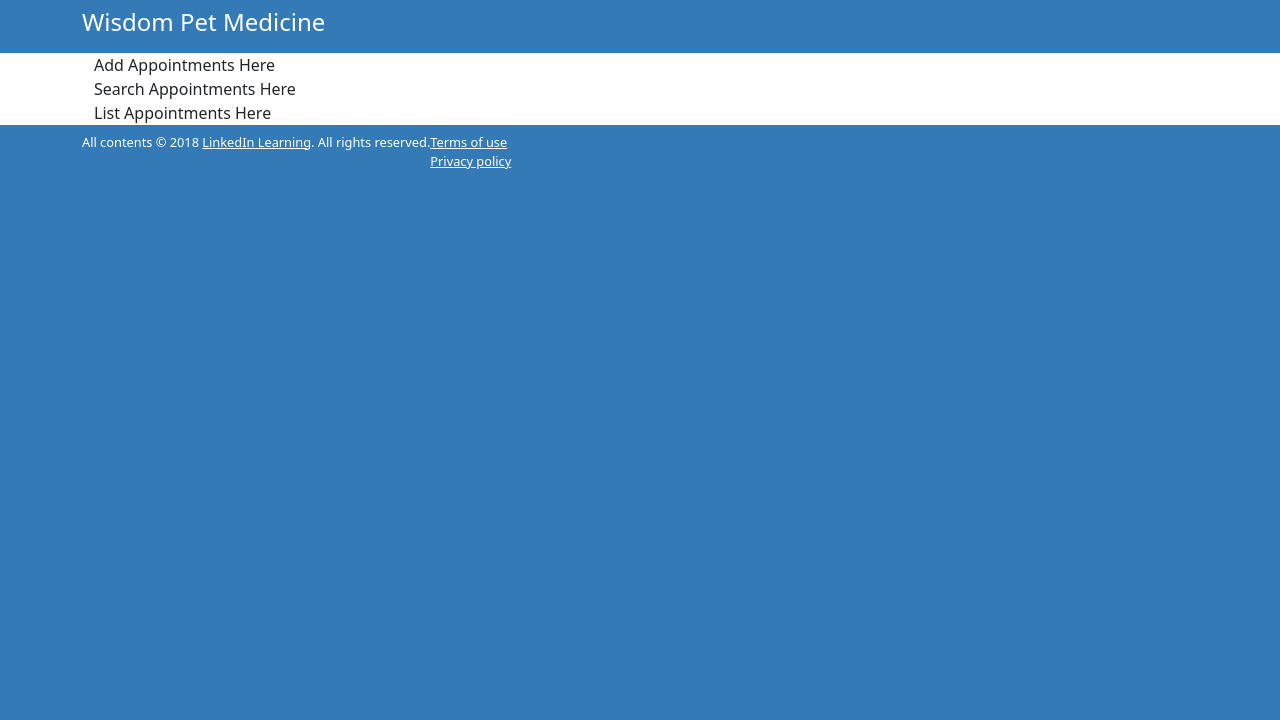
Repository: DevLuDaley/reactinterface
Page: /
The author's editor kept a copy of each file at every save. The page is drawn from the files as they stood at one save, then again after the next save.
The browser window is 1280 px wide. The pictures show the whole page.
The project was rebuilt for these pictures with package versions that can differ from the ones it lists, and the page was loaded fresh each time. Also part of the build but not shown: src/css/App.css.

Above is the page before, as saved 2021-02-04 17:51:03.

### public/index.html
<!DOCTYPE html>
<html lang="en">
  <head>
    <meta charset="utf-8" />
    <link rel="icon" href="%PUBLIC_URL%/favicon.ico" />
    <meta name="viewport" content="width=device-width, initial-scale=1" />
    <meta name="theme-color" content="#000000" />
    <meta
      name="description"
      content="Web site created using create-react-app"
    />
    <link rel="apple-touch-icon" href="%PUBLIC_URL%/logo192.png" />
    <!--
      manifest.json provides metadata used when your web app is installed on a
      user's mobile device or desktop. See https://developers.google.com/web/fundamentals/web-app-manifest/
    -->
    <link rel="manifest" href="%PUBLIC_URL%/manifest.json" />
    <!--
      Notice the use of %PUBLIC_URL% in the tags above.
      It will be replaced with the URL of the `public` folder during the build.
      Only files inside the `public` folder can be referenced from the HTML.

      Unlike "/favicon.ico" or "favicon.ico", "%PUBLIC_URL%/favicon.ico" will
      work correctly both with client-side routing and a non-root public URL.
      Learn how to configure a non-root public URL by running `npm run build`.
    -->
    <title>React App</title>
  </head>
  <body>
    <noscript>You need to enable JavaScript to run this app.</noscript>
    <header class="container text-white">
      <h4 class="py-2">Wisdom Pet Medicine</h4>
    </header>

    <div id="root"></div>

    <footer class="container d-flex text-white py-2">
      <p>
        All contents &copy; 2018
        <a href="https://www.linkedin.com/learning">LinkedIn Learning</a>. All
        rights reserved.
      </p>
      <div class="ml-auto">
        <a class="d-block text-white" href="#">Terms of use</a>
        <a class="d-block text-white" href="#">Privacy policy</a>
      </div>
      <!-- col-md-6 -->
    </footer>
    <!-- footer -->
  </body>
</html>

### src/index.js
import React from 'react';
import ReactDOM from 'react-dom';
import 'bootstrap/dist/css/bootstrap.css'
import './css/index.css';
import App from './components/App';
import reportWebVitals from './reportWebVitals';
// import * as serviceWorker from './serviceWorker';
import 'jquery/dist/jquery'
import 'popper.js/dist/umd/popper'
import 'bootstrap/dist/js/bootstrap'

ReactDOM.render(
  <React.StrictMode>
    <App />
  </React.StrictMode>,
  document.getElementById('root')
);

// If you want to start measuring performance in your app, pass a function
// to log results (for example: reportWebVitals(console.log))
// or send to an analytics endpoint. Learn more: https://bit.ly/CRA-vitals
// serviceWorker.unregister()
reportWebVitals();

### src/components/App.js
import React, { Component } from 'react'
import '../css/App.css';
import AddAppointments from './AddAppointments';
import SearchAppointments from './SearchAppointments';
import ListAppointments from './ListAppointments';

class App extends Component {
  constructor(props) {
    super(props);
    this.state = {
      // myName: 'LH',
      authorized: true,
      myAppointments: []
     }
  }
  componentDidMount() {
    fetch('./data.json')
    .then(response => response.json())
    .then(result => {
      const apts = result.map(item => {
        return item;
      })
      this.setState({
        myAppointments: apts
      })
    })
  }

  render() {
    const listItems = this.state.myAppointments.map(iterm => (
      <div>
        {iterm.petName}
      </div>
    ))
    return (
      // <div className="App">
            <main className="page bg-white" id="petratings">
        <div className="container">
          <div className="row">
            <div className="col-md-12 bg-white">
              <div className="container">
              {/* { this.state.myName} */}
                <div> <AddAppointments /> </div>
                <div> <SearchAppointments authorized={true}/> </div>
                <div> <ListAppointments /> </div>
              </div>
            </div>
          </div>
        </div>
      </main>
    // </div>
      );
  }
}

export default App;

### src/components/AddAppointments.js
import React, { Component } from 'react'

class AddAppointments extends Component {
    constructor(props) {
        super(props);
        this.state = {  }
    }
    render() {
        return (
            <div>
                Add Appointments Here
            </div>
         );
    }
}

export default AddAppointments;

### src/components/SearchAppointments.js
import React, { Component } from 'react'
class SearchAppointments extends Component {
    constructor(props) {
        super(props);
        this.state = {  }
    }
    render() {
        return (
        <div>
            Search Appointments Here
        </div>
        );
    }
}

export default SearchAppointments;

### src/components/ListAppointments.js
import React, { Component } from 'react'

class ListAppointments extends Component {
    constructor(props) {
        super(props);
        this.state = {  }
    }
    render() {
        return (
        <div>
            List Appointments Here
        </div>
        );
    }
}
export default ListAppointments;

### public/data.json
[
  {
    "petName": "Pepe",
    "ownerName": "Reggie Tupp",
    "aptNotes": "It's time for this rabbit's post spaying surgery checkup",
    "aptDate": "2018-11-28 13:30"
  },
  {
    "petName": "Rio",
    "ownerName": "Philip Ransu",
    "aptNotes": "Rio is up for his next round of vaccinations",
    "aptDate": "2018-11-28 10:15"
  },
  {
    "petName": "Scooter",
    "ownerName": "Zachary Heilyn",
    "aptNotes": "Scooter has been pawing at his ear and may have an ear infection",
    "aptDate": "2018-11-28 14:45"
  },
  {
    "petName": "Nadalee",
    "ownerName": "Krystle Valerija",
    "aptNotes": "This dog is coming in for his monthly nail trim and grooming",
    "aptDate": "2018-11-28 16:00"
  },
  {
    "petName": "Scout",
    "ownerName": "Nicolette Bardeau",
    "aptNotes": "This dog is coming in for his annual checkup and vaccinations",
    "aptDate": "2018-11-28 9:00"
  },
  {
    "petName": "Zera",
    "ownerName": "Austin Finnagan",
    "aptNotes": "This iguana's is showing signs of dementia associated with his old age",
    "aptDate": "2018-11-29 13:15"
  },
  {
    "petName": "Oddball",
    "ownerName": "Howie Cadell",
    "aptNotes": "Oddball has a hard lump on right front foot",
    "aptDate": "2018-11-29 10:00"
  },
  {
    "petName": "Millie",
    "ownerName": "Freya Terray",
    "aptNotes": "MIllie has exhibited signs of an upset stomach and is not eating regularly",
    "aptDate": "2018-11-29 11:45"
  },
  {
    "petName": "Fluffy",
    "ownerName": "Tracy Westbay",
    "aptNotes": "Fluffy has some matted hair that needs to be groomed",
    "aptDate": "2018-11-29 14:30"
  },
  {
    "petName": "Chyna",
    "ownerName": "Sandie Gobnet",
    "aptNotes": "This turtle is coming in for a checkup and to be tested for Salmonella",
    "aptDate": "2018-11-29 16:00"
  },
  {
    "petName": "Wesley",
    "ownerName": "Nathan Cayden",
    "aptNotes": "This dog is returning for his next heartworm treatment visit",
    "aptDate": "2018-11-29 8:30"
  },
  {
    "petName": "Pax",
    "ownerName": "Sarah Greer",
    "aptNotes": "This senior dog has been sluggish and showing lethargic behavior",
    "aptDate": "2018-11-30 10:15"
  },
  {
    "petName": "Squiggles",
    "ownerName": "Madisyn Roope",
    "aptNotes": "Squiggles is due for her annual checkup and vaccinations",
    "aptDate": "2018-11-30 11:30"
  },
  {
    "petName": "Lucky",
    "ownerName": "Lisa Choy-Wu",
    "aptNotes": "This cat has tartar buildup and her owner would like his teeth cleaned",
    "aptDate": "2018-11-30 14:30"
  },
  {
    "petName": "Bailey",
    "ownerName": "Leslie Richardson",
    "aptNotes": "This cat is suffering from hotspots and dermatitis",
    "aptDate": "2018-11-30 15:45"
  },
  {
    "petName": "Kiko",
    "ownerName": "Kathlyn Zlata",
    "aptNotes": "Kiko has been exhibiting excessive thirst and weight loss for the past few weeks",
    "aptDate": "2018-11-30 9:00"
  },
  {
    "petName": "Felix",
    "ownerName": "Francine Benet",
    "aptNotes": "Felix's mom is coming in to follow up on  lab work results",
    "aptDate": "2018-12-1 13:00"
  },
  {
    "petName": "Sami",
    "ownerName": "Maggie Rickland",
    "aptNotes": "Sami has had some changes in his bathroom in habits",
    "aptDate": "2018-12-1 10:00"
  },
  {
    "petName": "Cosmo",
    "ownerName": "Jennifer Dawson",
    "aptNotes": "Cosmo's mom would like us to check for arthritic conditions and do a routine checkup",
    "aptDate": "2018-12-1 11:30"
  },
  {
    "petName": "Casper",
    "ownerName": "Dalania Devitto",
    "aptNotes": "This dog is coming in for a nail trim and grooming",
    "aptDate": "2018-12-1 15:15"
  },
  {
    "petName": "Chip",
    "ownerName": "Jason Hemlock",
    "aptNotes": "This fish has a spotty white patch developing on his back ",
    "aptDate": "2018-12-1 8:45"
  },
  {
    "petName": "Tibbs",
    "ownerName": "Shad Cayden",
    "aptNotes": "Tibbs has had an ongoing rash and cold symptoms and we are going to run allergy tests",
    "aptDate": "2018-12-2 13:30"
  },
  {
    "petName": "Stich",
    "ownerName": "Dennis Nicholback",
    "aptNotes": "Stich has been having some stomach issues and is due for his vaccinations",
    "aptDate": "2018-12-2 10:15"
  },
  {
    "petName": "Shadow",
    "ownerName": "Audry Topsy",
    "aptNotes": "This cat has a red swollen eye with a discharge",
    "aptDate": "2018-12-2 15:00"
  },
  {
    "petName": "Nugget",
    "ownerName": "Darla Branson",
    "aptNotes": "This little fish Nugget, has  a rash on his stomach area",
    "aptDate": "2018-12-2 9:00"
  }
]

Loaded but not shown: src/css/index.css (common file); src/reportWebVitals.js (common file)

After the next save:
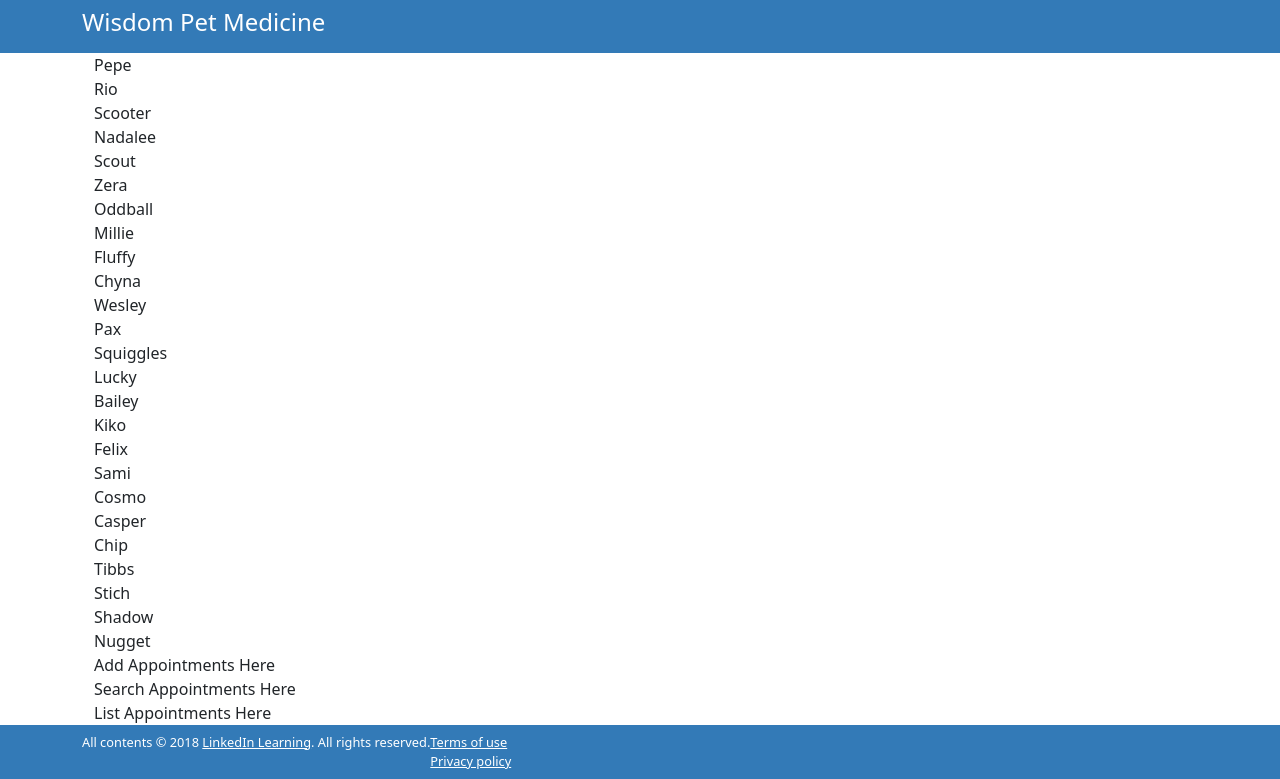
Saved 32 s later.
--- a/src/components/App.js
+++ b/src/components/App.js
@@ -27,9 +27,9 @@ class App extends Component {
   }
 
   render() {
-    const listItems = this.state.myAppointments.map(iterm => (
+    const listItems = this.state.myAppointments.map(item => (
       <div>
-        {iterm.petName}
+        {item.petName}
       </div>
     ))
     return (
@@ -40,6 +40,7 @@ class App extends Component {
             <div className="col-md-12 bg-white">
               <div className="container">
               {/* { this.state.myName} */}
+              { listItems }
                 <div> <AddAppointments /> </div>
                 <div> <SearchAppointments authorized={true}/> </div>
                 <div> <ListAppointments /> </div>
